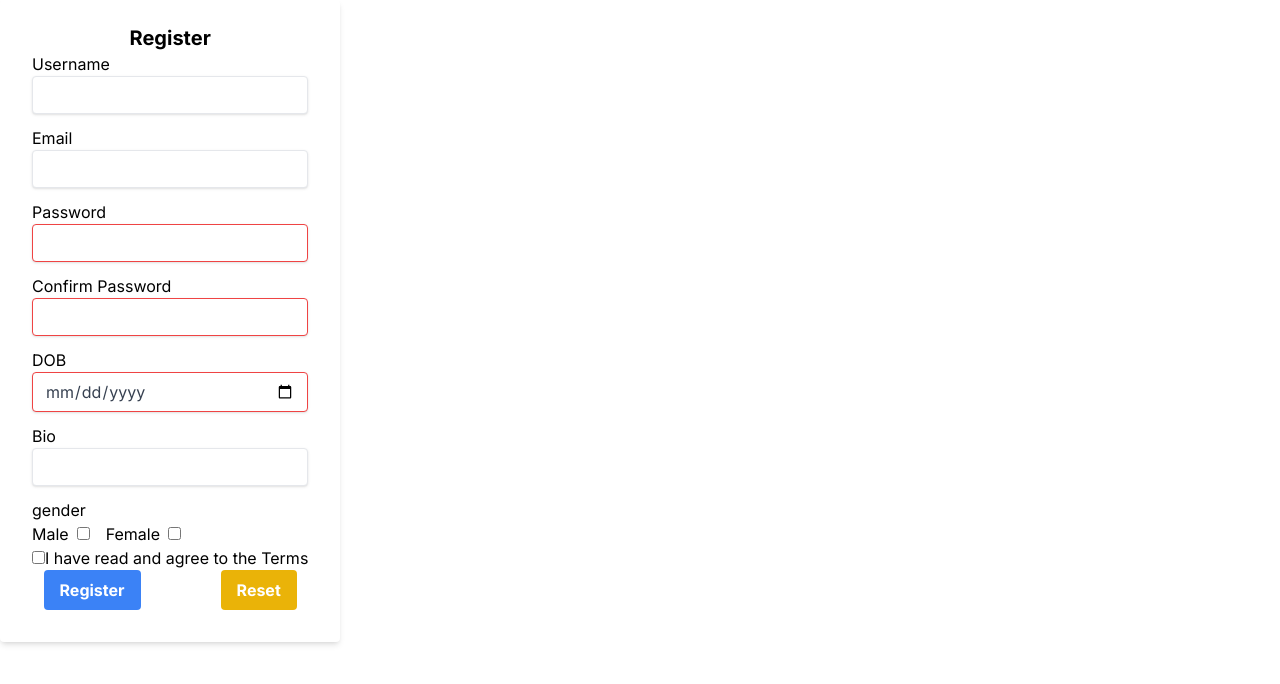
Repository: uh-sman/tiktok-card
Page: /
The author's editor kept a copy of each file at every save. The page is drawn from the files as they stood at one save, then again after the next save.
The browser window is 1280 px wide. The pictures show the whole page.
The project was rebuilt for these pictures with package versions that can differ from the ones it lists, and the page was loaded fresh each time. The framework's server and built-in components were replaced by stand-ins that run in the browser. Also part of the build but not shown: next.config.js.

Above is the page before, as saved 2023-12-19 14:38:53.

After the next save:
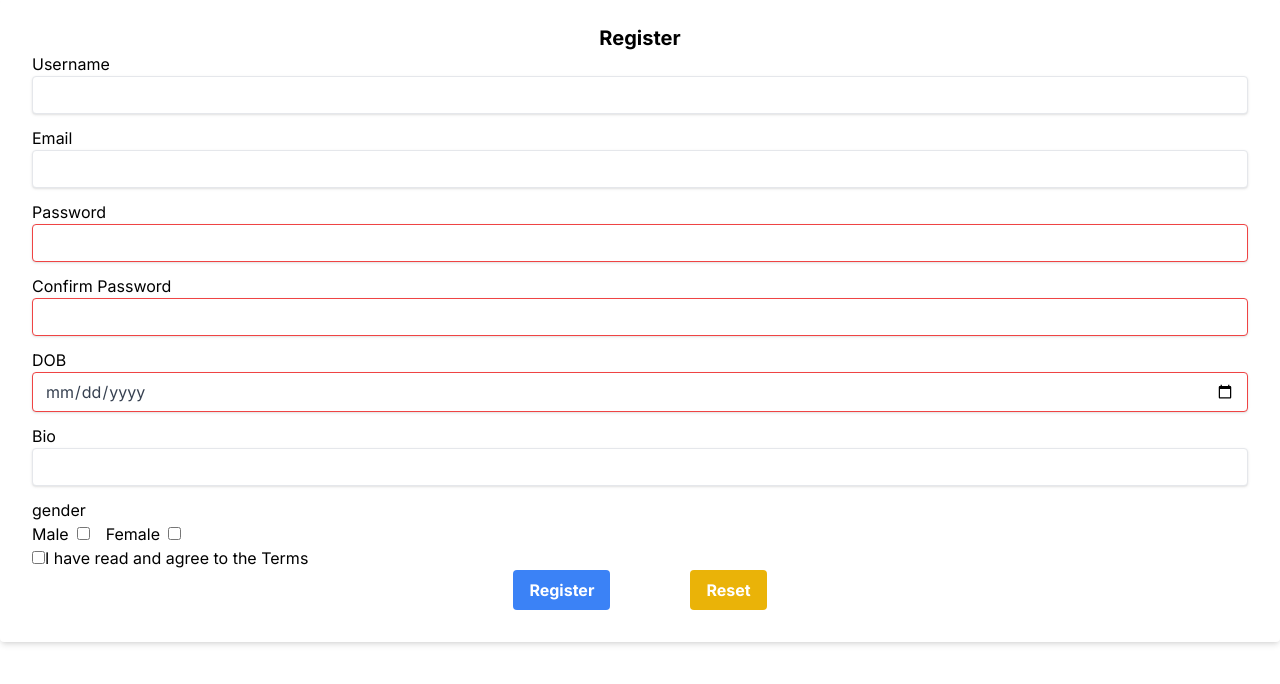
Saved 28 s later.
--- a/app/components/AuthForm.tsx
+++ b/app/components/AuthForm.tsx
@@ -20,7 +20,7 @@ const AuthForm: React.FC = () => {
         console.log(data)
     }
     return (
-        <div className="flex items-center w-full max-w-xxl">
+        <div className=" w-full max-w-xxl">
         <form className="bg-white shadow-md rounded px-8 pt-6 pb-8 mb-4" onSubmit={handleSubmit(onSubmit)}>
         <h2 className="font-bold text-xl text-center">Register</h2>
           <div className="flex flex-col">
